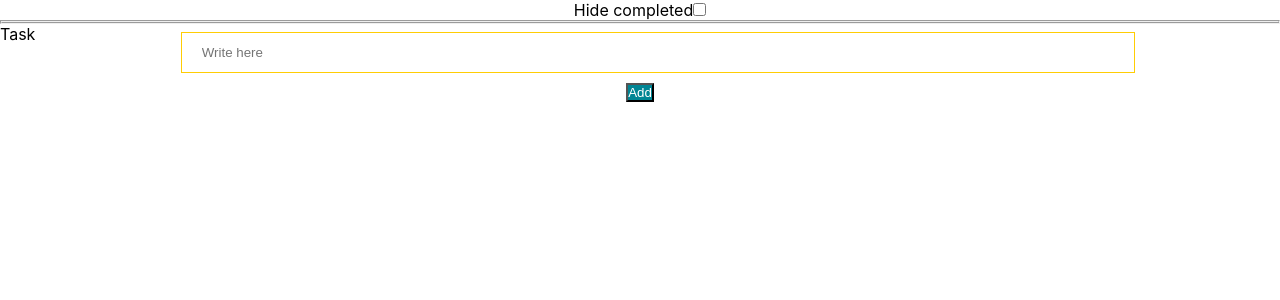
Repository: ArusyakAghajanyan/ToDoMamble
Page: /
The author's editor kept a copy of each file at every save. The page is drawn from the files as they stood at one save, then again after a run of saves.
The browser window is 1280 px wide. The pictures show the whole page.
The project was rebuilt for these pictures with package versions that can differ from the ones it lists, and the page was loaded fresh each time. Also part of the build but not shown: src/components/ToDoItem.jsx, src/components/confirm.css, src/components/Confirm.jsx.

Above is the page before, as saved 2022-05-23 00:20:12.

### src/App.js

import './App.css';
import AddItem from './components/AddItem';
import ToDoList from './components/ToDoList';
import Confirm from './components/Confirm';
import {useState,useEffect} from 'react'


function App() {
  const [todo, setTodo]=useState([]);
  const [filteredTodo,setFilteredTodo]=useState([]);
  const [modal, setModal] = useState(false);
const [confirmStatus, setConfirmStatus] = useState(false);
  const [deleteItem, setDeletItem] = useState({});

  function modalStatus(status, item){
    console.log(status, item);
    setModal(status);
    setDeletItem(item);

  }
  function confirmDelete(status){
    console.log("deletestatus=", status);
    if(status === "no") {
      setConfirmStatus(false);
      setModal(false);
    }else if (status === "yes"){
      setConfirmStatus(true);
      setModal(false)
    }
  }
  function filter(check){
    if(check){
      setFilteredTodo(todo.filter(td => td.isCompleted))
    }else{
      setFilteredTodo([]);
    }
  }

  useEffect(()=>{
    console.log("confirmStatus=", confirmStatus);
    if(confirmStatus){
      setTodo(todo.filter(value => value.id !== deleteItem.id));
      setDeletItem({});
    }
    setConfirmStatus(false);
      console.log(modal);

  },[confirmStatus])

useEffect(() => {
  let todos;
  let storageData = localStorage.getItem("todos");
  if(storageData !== "undefined"){
    todos = JSON.parse(storageData);
  }
  if(todos) setTodo(todos);
}, [])

useEffect(() => {
 if(todo.length > 0) localStorage.setItem("todos",JSON.stringify(todo))

}, [todo])

  return (
    <div className="App">
      <label htmlFor="filter">
      Hide completed
      <input id="filter" type="checkbox" onChange={(e)=>{
      filter(e.target.checked)
      }} />
      </label>
      <AddItem onAdd={(text)=>{
        setTodo([{
          id:Math.random(),
          text:text,
          isCompleted:false
        },...todo])
      }}/>
      <ToDoList
      todo={filteredTodo.length > 0 ? todo.filter(td => !td.isCompleted):todo}
      modalStatus={modalStatus}
      onChange={(newItem)=>{
      setTodo(todo.map(td=>{
        if(td.id==newItem.id){
          return newItem
        }
        return td
      }))
      }}
      />
       { modal && <Confirm confirmDelete={confirmDelete} modalStatus={modalStatus}/>}
    </div>
  );
}

export default App;

### src/components/AddItem.jsx
import {React, useState, useEffect, useRef} from 'react'
import './addItem.css'

export default function AddItem({onAdd}) {
    const [text, setText] = useState("");
    const[errorMes,setErrorMes] = useState("");
    const inputText = useRef(0);
    let validText = "";
    useEffect(() => {
        inputText.current.addEventListener("keyup",(e)=>{
            let id=setTimeout(()=>{
            validText = e.target.value;
            if(validText.length >= 54 ){
             setErrorMes("Task content can contain max 54 characters.")
            } else {
                setErrorMes("");
                setText(validText);
            }
            },1000);
            return () => clearTimeout(id)
        })
    }, [text])

    return (

      <form onSubmit={(e)=>{
          e.preventDefault();
          if(errorMes==="" && text !=="") onAdd(text);
          if(errorMes==="") setText("");
      }}>
            <fieldset></fieldset>
          <p>
            <label className="taskLabel" htmlFor="inputText"> Task
            </label>

            <input id="inputText" type="text" ref= {inputText} value={text} placeholder="Write here"
            onChange={(e)=>{
            setText(e.target.value)
            }}/>
            <p>{errorMes}</p>
            </p>
            <button className="addbut">Add</button>
         </form>

    )
}

### src/components/ToDoList.jsx
import React from 'react';
import ToDoItem from './ToDoItem'

export default function ToDoList({todo,modalStatus,onChange}) {
    return (
        <div>
           {todo ? todo.map(item=>{
               return (
<ToDoItem
key={item.id}
item = {item}
modalStatus={modalStatus}
onChange={onChange}
/>

               )
           }):
            <>
            <p>your life is a blank page. You write on it.</p>
            <p>So start by adding your tasks here.</p>
            </>
        }
        </div>
    )
}

### src/components/addItem.css
*{
    margin: 0;
    padding: 0;
    box-sizing: border-box;
}
.addbut{
    background-color: #008594;
    color: #FFFFFF;
}
#inputText{
    position: center;
    width: 954px;
    padding: 12px 20px;
    margin: 8px 0;
    border: 1px solid #FFCD04;

}
#inputText:hover{
    border: 1px solid rgb(90, 10, 90)
}
.taskLabel{

    float: left;

}

### src/components/toDoItem.css
*{
   margin: 0;
   padding: 0;
   box-sizing: border-box;
}

Loaded but not shown: public/index.html (common file); src/index.js (common file); src/index.css (common file); src/reportWebVitals.js (common file); src/App.css (common file)

After the next 2 saves:
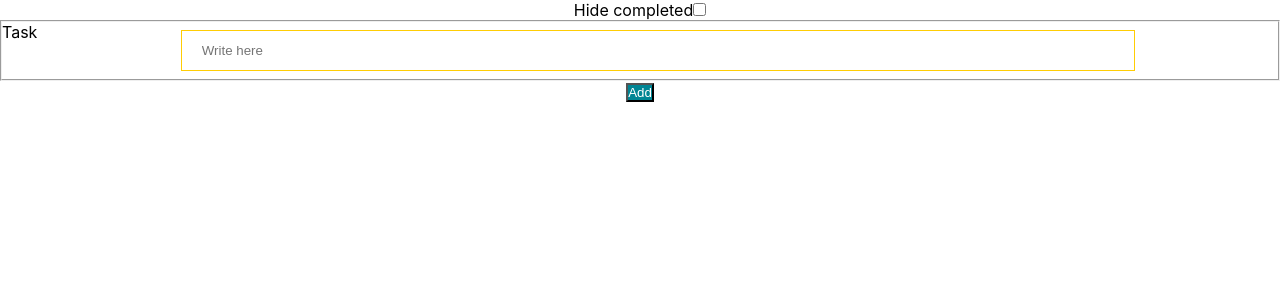
The 2 saves are shown as one change because 1 did not build or start.
The last was saved 10 s later.
--- a/src/components/AddItem.jsx
+++ b/src/components/AddItem.jsx
@@ -28,7 +28,7 @@ export default function AddItem({onAdd}) {
           if(errorMes==="" && text !=="") onAdd(text);
           if(errorMes==="") setText("");
       }}>
-            <fieldset></fieldset>
+            <fieldset>
           <p>
             <label className="taskLabel" htmlFor="inputText"> Task
             </label>
@@ -39,6 +39,7 @@ export default function AddItem({onAdd}) {
             }}/>
             <p>{errorMes}</p>
             </p>
+            </fieldset>
             <button className="addbut">Add</button>
          </form>
 
